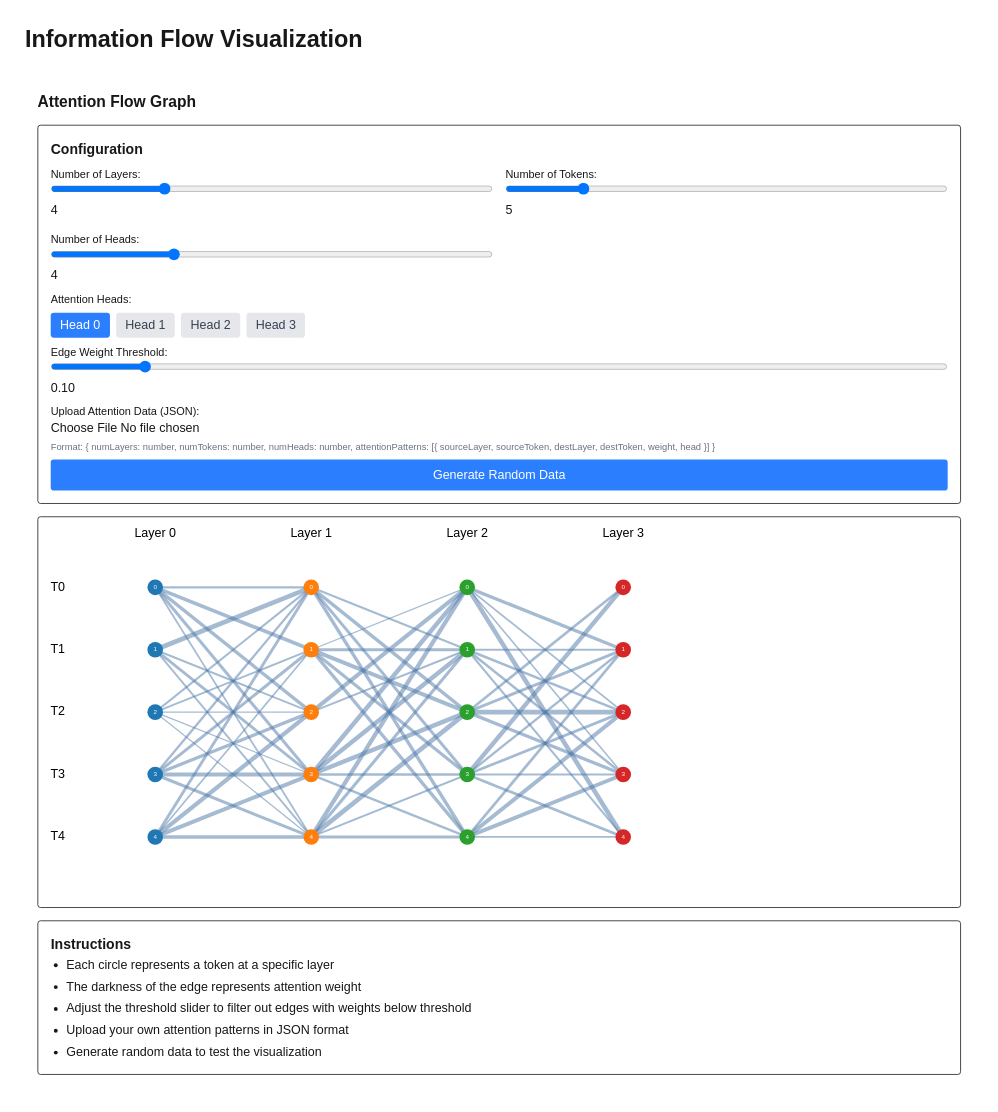
Repository: 2son1a/information_flow
Page: /
The author's editor kept a copy of each file at every save. The page is drawn from the files as they stood at one save, then again after a run of saves.
The browser window is 1280 px wide. The pictures show the whole page, at 78% of full size.
The project was rebuilt for these pictures with package versions that can differ from the ones it lists, and the page was loaded fresh each time. The framework's server and built-in components were replaced by stand-ins that run in the browser. Also part of the build but not shown: next.config.ts.

Above is the page before, as saved 2025-03-08 18:58:44.

After the next 2 saves:
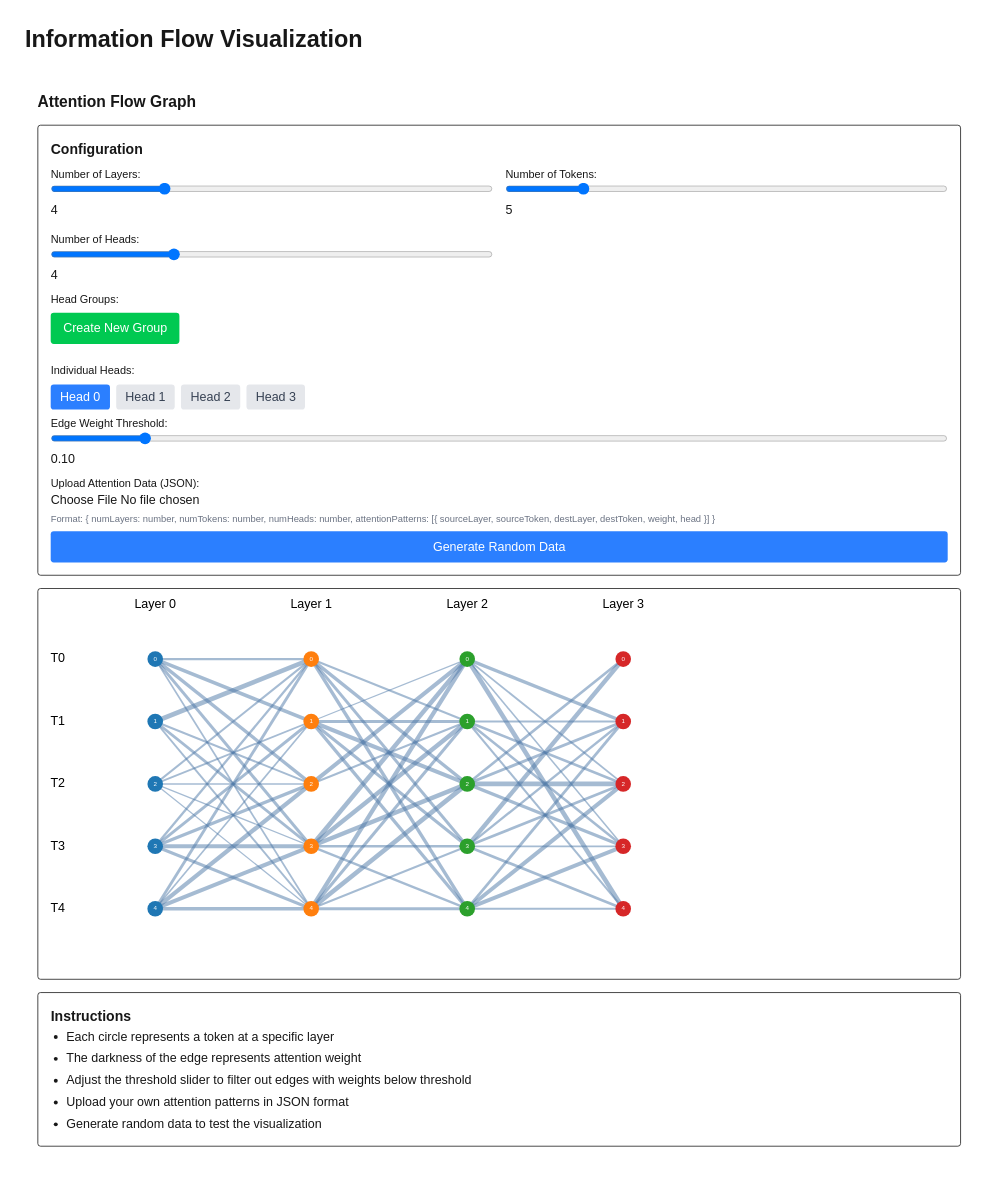
The 2 saves are shown as one change because they came seconds apart.
The last was saved 7 min 33 s later.
--- a/app/components/attention-flow-graph.tsx
+++ b/app/components/attention-flow-graph.tsx
@@ -12,6 +12,12 @@ interface AttentionPattern {
   head: number;
 }
 
+interface HeadGroup {
+  id: number;
+  name: string;
+  heads: number[];
+}
+
 interface GraphData {
   numLayers: number;
   numTokens: number;
@@ -32,6 +38,7 @@ interface Link {
   target: string;
   weight: number;
   head: number;
+  groupId: number;
 }
 
 const AttentionFlowGraph = () => {
@@ -44,6 +51,8 @@ const AttentionFlowGraph = () => {
   const [threshold, setThreshold] = useState(0.1);
   const [selectedHeads, setSelectedHeads] = useState<number[]>([]);
   const [loading, setLoading] = useState(false);
+  const [headGroups, setHeadGroups] = useState<HeadGroup[]>([]);
+  const [nextGroupId, setNextGroupId] = useState(0);
   const svgRef = useRef(null);
 
   // Generate some sample attention data
@@ -171,6 +180,48 @@ const AttentionFlowGraph = () => {
     reader.readAsText(file);
   };
 
+  const createNewGroup = () => {
+    const newGroup: HeadGroup = {
+      id: nextGroupId,
+      name: `Group ${nextGroupId + 1}`,
+      heads: []
+    };
+    setHeadGroups(prev => [...prev, newGroup]);
+    setNextGroupId(prev => prev + 1);
+  };
+
+  const deleteGroup = (groupId: number) => {
+    setHeadGroups(prev => prev.filter(g => g.id !== groupId));
+  };
+
+  const addHeadToGroup = (head: number, groupId: number) => {
+    // Remove head from any existing group
+    setHeadGroups(prev => prev.map(group => ({
+      ...group,
+      heads: group.heads.filter(h => h !== head)
+    })));
+
+    // Add head to new group
+    setHeadGroups(prev => prev.map(group =>
+      group.id === groupId
+        ? { ...group, heads: [...group.heads, head] }
+        : group
+    ));
+  };
+
+  const getHeadGroup = (head: number): number | null => {
+    const group = headGroups.find(g => g.heads.includes(head));
+    return group ? group.id : null;
+  };
+
+  const renameGroup = (groupId: number, newName: string) => {
+    setHeadGroups(prev => prev.map(group =>
+      group.id === groupId
+        ? { ...group, name: newName }
+        : group
+    ));
+  };
+
   const drawGraph = () => {
     const svg = d3.select(svgRef.current);
     svg.selectAll("*").remove();
@@ -202,8 +253,13 @@ const AttentionFlowGraph = () => {
         source: `${edge.sourceLayer}-${edge.sourceToken}`,
         target: `${edge.destLayer}-${edge.destToken}`,
         weight: edge.weight,
-        head: edge.head
+        head: edge.head,
+        groupId: getHeadGroup(edge.head) ?? -1
       }));
+
+    // Create color scale for groups
+    const groupColorScale = d3.scaleOrdinal(d3.schemeTableau10)
+      .domain(headGroups.map(g => g.id.toString()));
 
     // Draw layers and tokens labels
     const g = svg.append("g");
@@ -236,7 +292,10 @@ const AttentionFlowGraph = () => {
       .attr("y1", (d: Link) => nodes.find(n => n.id === d.source)!.y)
       .attr("x2", (d: Link) => nodes.find(n => n.id === d.target)!.x)
       .attr("y2", (d: Link) => nodes.find(n => n.id === d.target)!.y)
-      .attr("stroke", (d: Link) => d3.schemeTableau10[d.head % 10])
+      .attr("stroke", (d: Link) => d.groupId === -1
+        ? d3.schemeTableau10[d.head % 10]  // Ungrouped heads
+        : groupColorScale(d.groupId.toString())  // Grouped heads
+      )
       .attr("stroke-width", (d: Link) => 1 + d.weight * 5)
       .attr("opacity", 0.5);
 
@@ -324,7 +383,56 @@ const AttentionFlowGraph = () => {
         </div>
 
         <div>
-          <label className="block text-sm font-medium mb-2">Attention Heads:</label>
+          <label className="block text-sm font-medium mb-2">Head Groups:</label>
+          <div className="flex flex-col gap-4">
+            <button
+              onClick={createNewGroup}
+              className="px-4 py-2 bg-green-500 text-white rounded hover:bg-green-600 w-fit"
+            >
+              Create New Group
+            </button>
+
+            <div className="space-y-4">
+              {headGroups.map(group => (
+                <div key={group.id} className="flex flex-col gap-2 p-3 border rounded">
+                  <div className="flex items-center gap-2">
+                    <input
+                      type="text"
+                      value={group.name}
+                      onChange={(e) => renameGroup(group.id, e.target.value)}
+                      className="px-2 py-1 border rounded"
+                    />
+                    <button
+                      onClick={() => deleteGroup(group.id)}
+                      className="px-2 py-1 bg-red-500 text-white rounded hover:bg-red-600"
+                    >
+                      Delete
+                    </button>
+                  </div>
+
+                  <div className="flex flex-wrap gap-2">
+                    {Array.from({length: data.numHeads}, (_, i) => (
+                      <button
+                        key={i}
+                        onClick={() => addHeadToGroup(i, group.id)}
+                        className={`px-3 py-1 rounded ${
+                          group.heads.includes(i)
+                            ? 'bg-blue-500 text-white'
+                            : 'bg-gray-200 text-gray-700'
+                        }`}
+                      >
+                        Head {i}
+                      </button>
+                    ))}
+                  </div>
+                </div>
+              ))}
+            </div>
+          </div>
+        </div>
+
+        <div>
+          <label className="block text-sm font-medium mb-2">Individual Heads:</label>
           <div className="flex flex-wrap gap-2">
             {Array.from({length: data.numHeads}, (_, i) => (
               <button
@@ -335,6 +443,11 @@ const AttentionFlowGraph = () => {
                     ? 'bg-blue-500 text-white'
                     : 'bg-gray-200 text-gray-700'
                 }`}
+                style={{
+                  backgroundColor: getHeadGroup(i) !== null
+                    ? d3.schemeTableau10[getHeadGroup(i)! % 10]
+                    : undefined
+                }}
               >
                 Head {i}
               </button>
